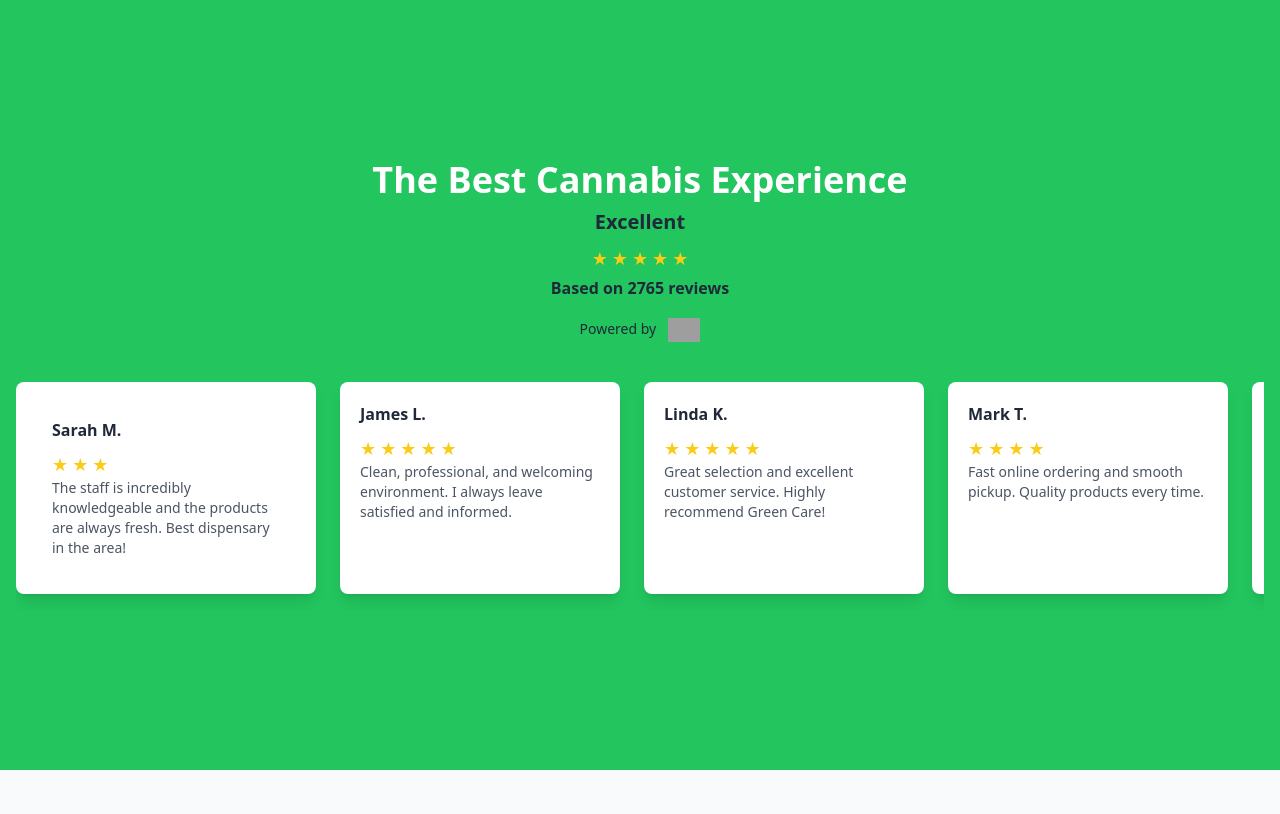
Repository: faryalsaleem50/greencare-cannabis
Page: index.html
The author's editor kept a copy of each file at every save. The page is drawn from the files as they stood at one save, then again after the next save.
The browser window is 1280 px wide. The pictures show the part of the page from y = 800 to 1614 px (the page is 2322 px tall).
Pictures or frames that could not be fetched are drawn as grey boxes. A picture or video elsewhere on the page could not be fetched, so the positions and the page height are approximate. Some web libraries are served in a nearby version.

Above is the page before, as saved 2026-02-10 20:12:01.

After the next save:
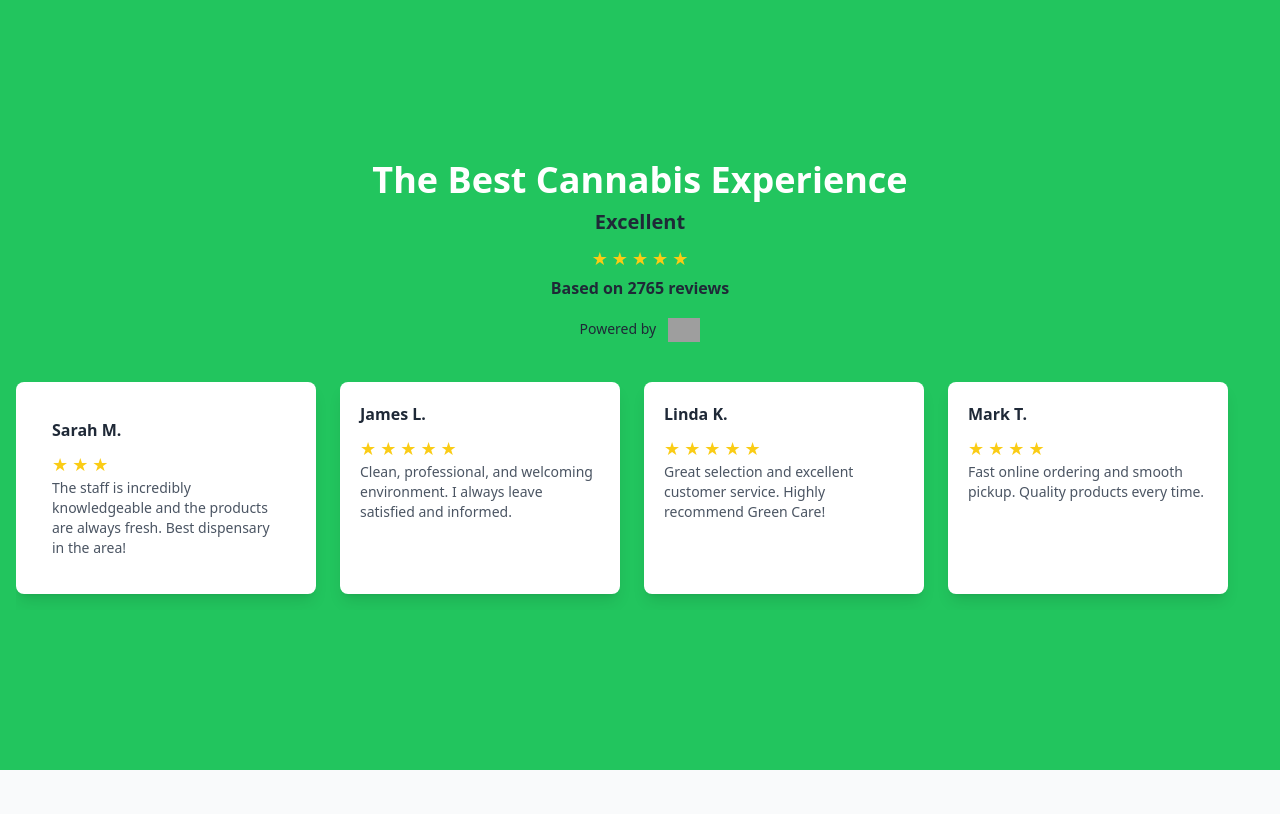
Console error: SyntaxError: Unexpected token '<'
Saved 12 s later.
--- a/index.html
+++ b/index.html
@@ -286,7 +286,97 @@
 
   // Mobile main menu toggle
   const menuBtn = document.getElementById("menuBtn");
-  const mobileMenu = document.getElementById("mobileMenu");
+  const mobileMenu = document.getElementById("mobileMenu");<section class="w-full bg-green-500 py-20">
+  <div class="container mx-auto px-4">
+    <h2 class="text-3xl font-bold text-center text-white mb-12">
+      Shop By Category
+    </h2>
+
+    <div class="flex flex-wrap justify-center gap-8 mb-12">
+
+      <a href="flower.html" class="group flex-1 min-w-[220px] max-w-[280px] flex flex-col items-center">
+        <div class="w-40 h-40 rounded-full bg-white flex items-center justify-center shadow-lg group-hover:shadow-2xl transition">
+          <img
+            src="https://via.placeholder.com/300"
+            alt="Flower"
+            class="w-32 h-32 rounded-full object-cover"
+          />
+        </div>
+        <span class="mt-3 text-white font-semibold text-center">Flower</span>
+      </a>
+
+      <a href="edibles.html" class="group flex-1 min-w-[220px] max-w-[280px] flex flex-col items-center">
+        <div class="w-40 h-40 rounded-full bg-white flex items-center justify-center shadow-lg group-hover:shadow-2xl transition">
+          <img
+            src="https://www.greencarecannabisdispensary.com/wp-content/uploads/2024/06/PLUS-group-2.jpg"
+            alt="Edibles"
+            class="w-32 h-32 rounded-full object-cover"
+          />
+        </div>
+        <span class="mt-3 text-white font-semibold text-center">Edibles</span>
+      </a>
+
+      <a href="cdm.html" class="group flex-1 min-w-[220px] max-w-[280px] flex flex-col items-center">
+        <div class="w-40 h-40 rounded-full bg-white flex items-center justify-center shadow-lg group-hover:shadow-2xl transition">
+          <img
+            src="https://www.greencarecannabisdispensary.com/wp-content/uploads/2024/06/CBD-1536x1536.webp"
+            alt="CDM"
+            class="w-32 h-32 rounded-full object-cover"
+          />
+        </div>
+        <span class="mt-3 text-white font-semibold text-center">CDM</span>
+      </a>
+
+      <a href="concentrates.html" class="group flex-1 min-w-[220px] max-w-[280px] flex flex-col items-center">
+        <div class="w-40 h-40 rounded-full bg-white flex items-center justify-center shadow-lg group-hover:shadow-2xl transition">
+          <img
+            src="https://www.greencarecannabisdispensary.com/wp-content/uploads/2024/06/Concentrates-1.jpg"
+            alt="Concentrates"
+            class="w-32 h-32 rounded-full object-cover"
+          />
+        </div>
+        <span class="mt-3 text-white font-semibold text-center">Concentrates</span>
+      </a>
+    </div>
+
+    <div class="flex flex-wrap justify-center gap-8">
+
+      <a href="vaporizers.html" class="group flex-1 min-w-[220px] max-w-[280px] flex flex-col items-center">
+        <div class="w-40 h-40 rounded-full bg-white flex items-center justify-center shadow-lg group-hover:shadow-2xl transition">
+          <img
+            src="https://www.greencarecannabisdispensary.com/wp-content/uploads/2024/06/vaporizer-for-cbd-hemp.jpg"
+            alt="Vaporizers"
+            class="w-32 h-32 rounded-full object-cover"
+          />
+        </div>
+        <span class="mt-3 text-white font-semibold text-center">Vaporizers</span>
+      </a>
+
+      <a href="pre-rolls.html" class="group flex-1 min-w-[220px] max-w-[280px] flex flex-col items-center">
+        <div class="w-40 h-40 rounded-full bg-white flex items-center justify-center shadow-lg group-hover:shadow-2xl transition">
+          <img
+            src="https://www.greencarecannabisdispensary.com/wp-content/uploads/2024/06/5_Pack_PreRoll_A-scaled-1.jpg"
+            alt="Pre‑Rolls"
+            class="w-32 h-32 rounded-full object-cover"
+          />
+        </div>
+        <span class="mt-3 text-white font-semibold text-center">Pre‑Rolls</span>
+      </a>
+
+      <a href="marijuana.html" class="group flex-1 min-w-[220px] max-w-[280px] flex flex-col items-center">
+        <div class="w-40 h-40 rounded-full bg-white flex items-center justify-center shadow-lg group-hover:shadow-2xl transition">
+          <img
+            src="https://www.greencarecannabisdispensary.com/wp-content/uploads/2024/06/YBG_JH_SF_WBG_Runtz_1_600x.webp"
+            alt="Marijuana"
+            class="w-32 h-32 rounded-full object-cover"
+          />
+        </div>
+        <span class="mt-3 text-white font-semibold text-center">Marijuana</span>
+      </a>
+    </div>
+  </div>
+</section>
+
 
   menuBtn.addEventListener("click", () => {
     mobileMenu.classList.toggle("hidden");

After the 3 saves that followed:
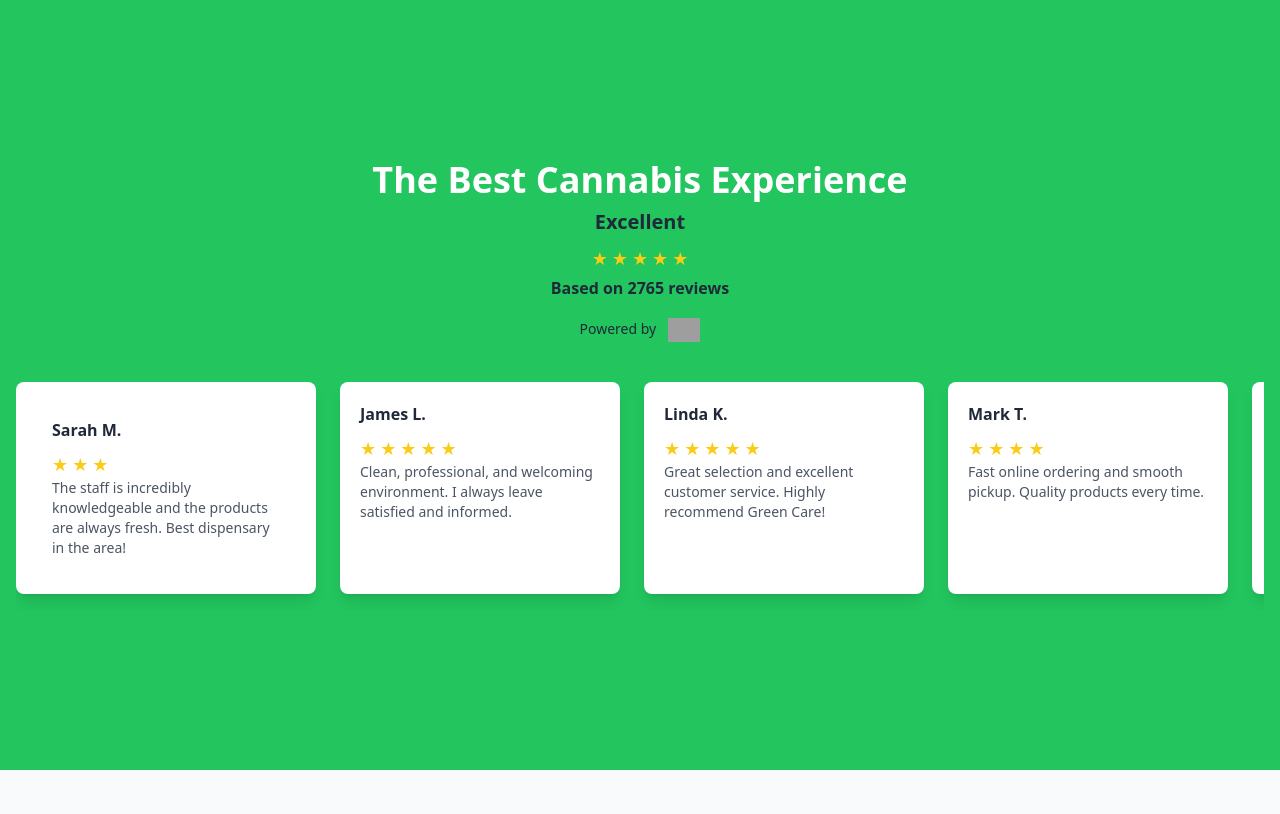
The error is gone.
The 3 saves are shown as one change because 1 left the picture as it was and some came seconds apart.
The last was saved 46 s later.
--- a/index.html
+++ b/index.html
@@ -286,96 +286,8 @@
 
   // Mobile main menu toggle
   const menuBtn = document.getElementById("menuBtn");
-  const mobileMenu = document.getElementById("mobileMenu");<section class="w-full bg-green-500 py-20">
-  <div class="container mx-auto px-4">
-    <h2 class="text-3xl font-bold text-center text-white mb-12">
-      Shop By Category
-    </h2>
-
-    <div class="flex flex-wrap justify-center gap-8 mb-12">
-
-      <a href="flower.html" class="group flex-1 min-w-[220px] max-w-[280px] flex flex-col items-center">
-        <div class="w-40 h-40 rounded-full bg-white flex items-center justify-center shadow-lg group-hover:shadow-2xl transition">
-          <img
-            src="https://via.placeholder.com/300"
-            alt="Flower"
-            class="w-32 h-32 rounded-full object-cover"
-          />
-        </div>
-        <span class="mt-3 text-white font-semibold text-center">Flower</span>
-      </a>
-
-      <a href="edibles.html" class="group flex-1 min-w-[220px] max-w-[280px] flex flex-col items-center">
-        <div class="w-40 h-40 rounded-full bg-white flex items-center justify-center shadow-lg group-hover:shadow-2xl transition">
-          <img
-            src="https://www.greencarecannabisdispensary.com/wp-content/uploads/2024/06/PLUS-group-2.jpg"
-            alt="Edibles"
-            class="w-32 h-32 rounded-full object-cover"
-          />
-        </div>
-        <span class="mt-3 text-white font-semibold text-center">Edibles</span>
-      </a>
-
-      <a href="cdm.html" class="group flex-1 min-w-[220px] max-w-[280px] flex flex-col items-center">
-        <div class="w-40 h-40 rounded-full bg-white flex items-center justify-center shadow-lg group-hover:shadow-2xl transition">
-          <img
-            src="https://www.greencarecannabisdispensary.com/wp-content/uploads/2024/06/CBD-1536x1536.webp"
-            alt="CDM"
-            class="w-32 h-32 rounded-full object-cover"
-          />
-        </div>
-        <span class="mt-3 text-white font-semibold text-center">CDM</span>
-      </a>
-
-      <a href="concentrates.html" class="group flex-1 min-w-[220px] max-w-[280px] flex flex-col items-center">
-        <div class="w-40 h-40 rounded-full bg-white flex items-center justify-center shadow-lg group-hover:shadow-2xl transition">
-          <img
-            src="https://www.greencarecannabisdispensary.com/wp-content/uploads/2024/06/Concentrates-1.jpg"
-            alt="Concentrates"
-            class="w-32 h-32 rounded-full object-cover"
-          />
-        </div>
-        <span class="mt-3 text-white font-semibold text-center">Concentrates</span>
-      </a>
-    </div>
-
-    <div class="flex flex-wrap justify-center gap-8">
-
-      <a href="vaporizers.html" class="group flex-1 min-w-[220px] max-w-[280px] flex flex-col items-center">
-        <div class="w-40 h-40 rounded-full bg-white flex items-center justify-center shadow-lg group-hover:shadow-2xl transition">
-          <img
-            src="https://www.greencarecannabisdispensary.com/wp-content/uploads/2024/06/vaporizer-for-cbd-hemp.jpg"
-            alt="Vaporizers"
-            class="w-32 h-32 rounded-full object-cover"
-          />
-        </div>
-        <span class="mt-3 text-white font-semibold text-center">Vaporizers</span>
-      </a>
-
-      <a href="pre-rolls.html" class="group flex-1 min-w-[220px] max-w-[280px] flex flex-col items-center">
-        <div class="w-40 h-40 rounded-full bg-white flex items-center justify-center shadow-lg group-hover:shadow-2xl transition">
-          <img
-            src="https://www.greencarecannabisdispensary.com/wp-content/uploads/2024/06/5_Pack_PreRoll_A-scaled-1.jpg"
-            alt="Pre‑Rolls"
-            class="w-32 h-32 rounded-full object-cover"
-          />
-        </div>
-        <span class="mt-3 text-white font-semibold text-center">Pre‑Rolls</span>
-      </a>
-
-      <a href="marijuana.html" class="group flex-1 min-w-[220px] max-w-[280px] flex flex-col items-center">
-        <div class="w-40 h-40 rounded-full bg-white flex items-center justify-center shadow-lg group-hover:shadow-2xl transition">
-          <img
-            src="https://www.greencarecannabisdispensary.com/wp-content/uploads/2024/06/YBG_JH_SF_WBG_Runtz_1_600x.webp"
-            alt="Marijuana"
-            class="w-32 h-32 rounded-full object-cover"
-          />
-        </div>
-        <span class="mt-3 text-white font-semibold text-center">Marijuana</span>
-      </a>
-    </div>
-  </div>
-</section>
+  const mobileMenu = document.getElementById("mobileMenu");
+
 
 
   menuBtn.addEventListener("click", () => {
